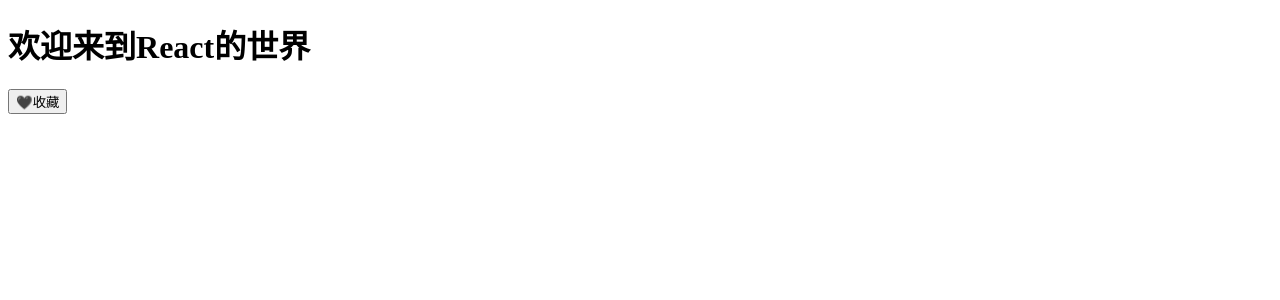
Repository: ysl200/111
Page: / (app in react/frontend/)
The author's editor kept a copy of each file at every save. The page is drawn from the files as they stood at one save, then again after the next save.
The browser window is 1280 px wide. The pictures show the whole page.
The project was rebuilt for these pictures with package versions that can differ from the ones it lists, and the page was loaded fresh each time.

Above is the page before, as saved 2023-12-26 20:45:12.

After the next save:
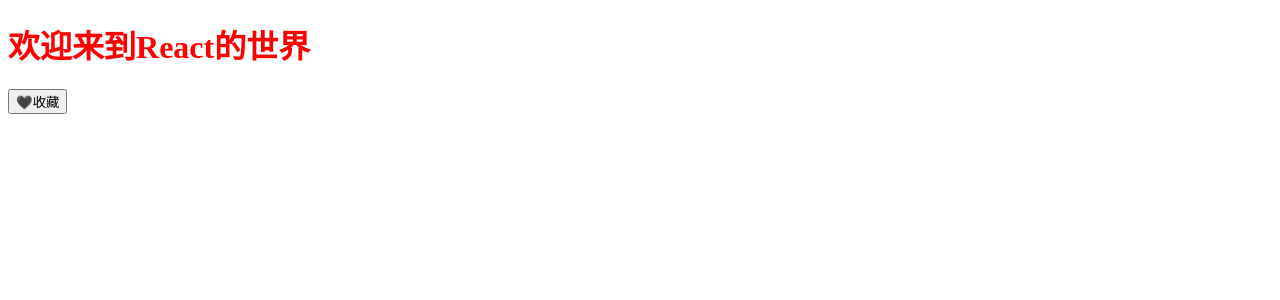
Saved 75 s later.
--- a/react/frontend/src/index.js
+++ b/react/frontend/src/index.js
@@ -17,7 +17,7 @@
     render () {
         return (
             <div>
-                    <h1>欢迎来到{this.state.name}的世界</h1>
+                    <h1 style={{color:"red"}}>欢迎来到{this.state.name}的世界</h1>
                 <button onClick={this.handleBtnClick}>
                 {
                     this.state.isLiked ? '❤取消' : '🖤收藏'
